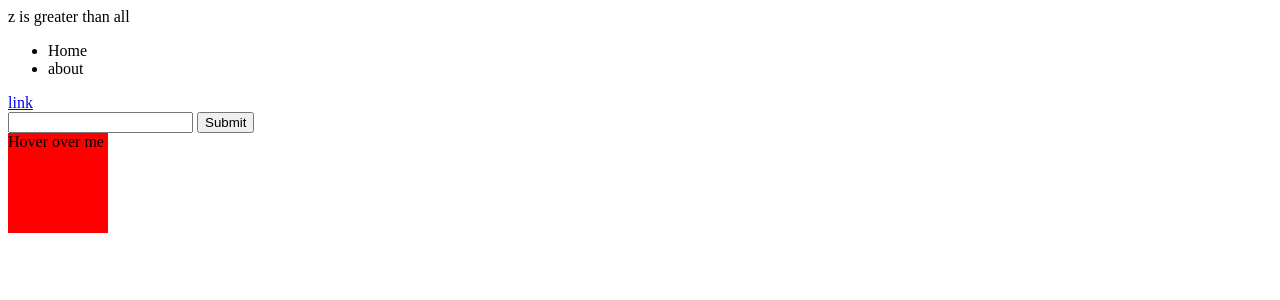
Repository: viveknaidu007/repo-149-Javascipt-E-T-E
Page: 6.conditinos/index.html
The author's editor kept a copy of each file at every save. The page is drawn from the files as they stood at one save, then again after the next save.
The browser window is 1280 px wide. The pictures show the whole page.

Above is the page before, as saved 2024-09-14 16:32:43.

After the next save:
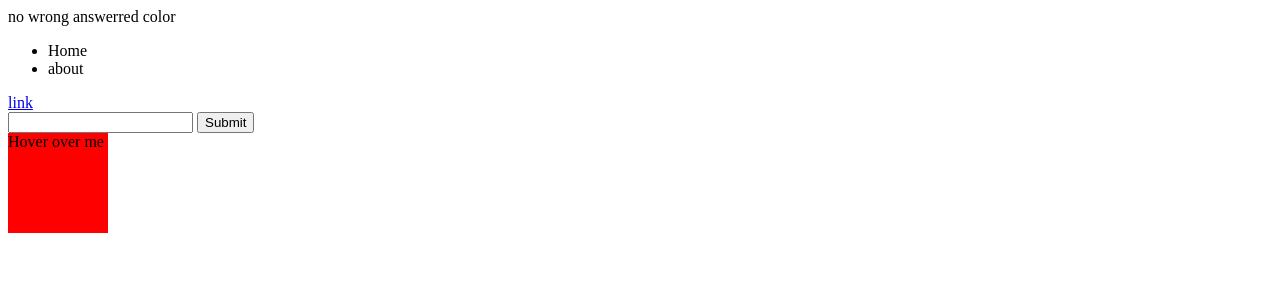
Saved 51 min 14 s later.
--- a/6.conditinos/project.js
+++ b/6.conditinos/project.js
@@ -1,14 +1,9 @@
-var x=100;
-var y=50;
-var z=200;
+document.write(
+    2+3 ==6 ? "yes correct amswer" : "no wrong answer"
+)
 
+var x = 100;
 
-if ((x>z) || (z>y)){
-    document.write("z is greater than all")
-}
+var y = 50;
 
-async function asyncFunc() {
-    return "hello";
-}
-
-console.log(asyncFunc());
+x<y ? document.write("color is green") : document.write("red color")
